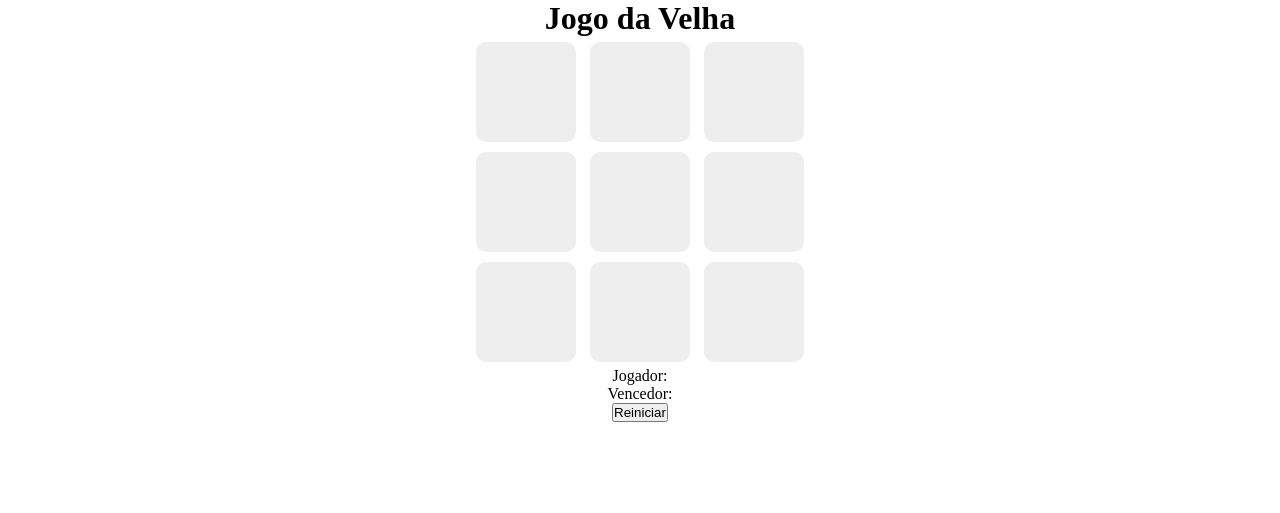
Repository: guilhermecardoso93/jogodavelha
Page: index.html
The author's editor kept a copy of each file at every save. The page is drawn from the files as they stood at one save, then again after the next save.
The browser window is 1280 px wide. The pictures show the whole page.

Above is the page before, as saved 2023-05-31 21:39:43.

After the next save:
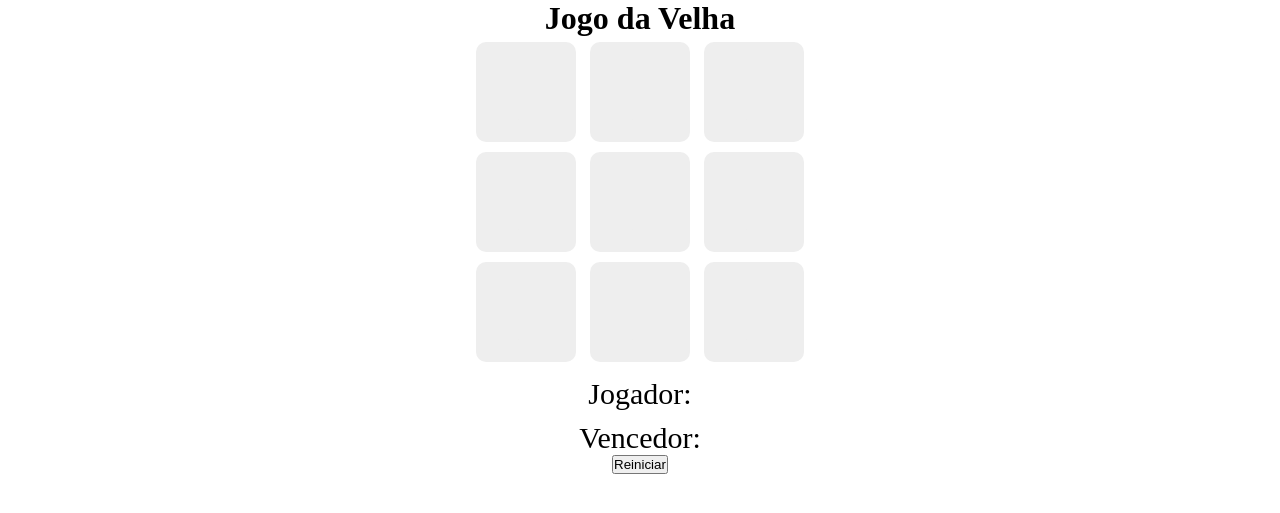
Saved 31 s later.
--- a/index.html
+++ b/index.html
@@ -25,11 +25,11 @@
         <div id="8" class="squad">-</div>
         <div id="9" class="squad">-</div>
       </div>
-      <div>
+      <div class="player">
         <label>Jogador:</label>
         <label id="player"></label>
       </div>
-      <div>
+      <div class="winner">
         <label>Vencedor:</label>
         <label id="winner"></label>
       </div>
